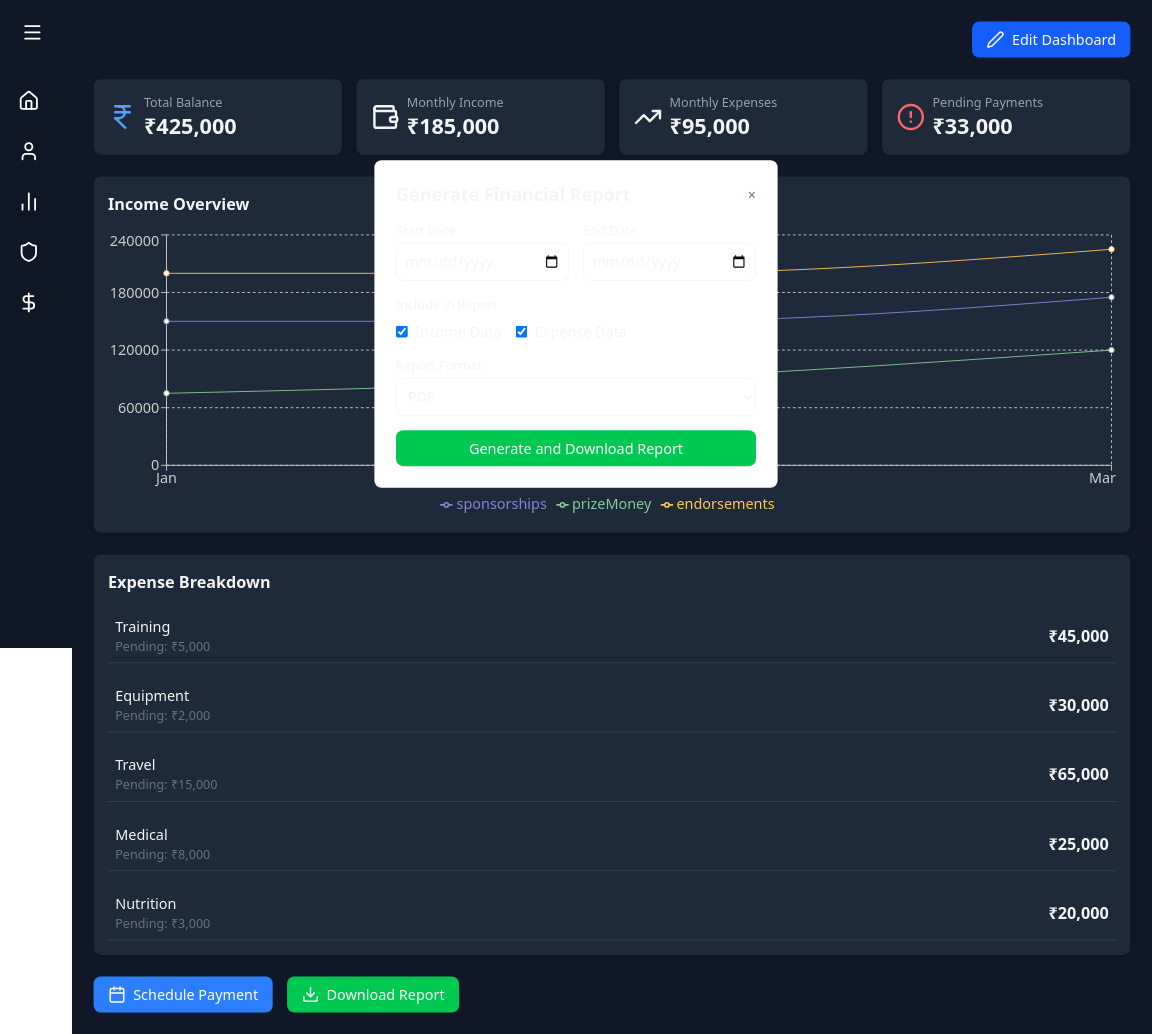
Repository: Shovon0004/Athlete
Page: /financial (app in Athlete/), after clicking the first element matching `div.space-x-4 > :nth-child(2)`
These files come from the project's save history. The page is drawn as it stood at one moment and after the next save; the edit follows.
The browser window is 1280 px wide. The pictures show the whole page, at 90% of full size.
The project was rebuilt for these pictures with package versions that can differ from the ones it lists, and the page was loaded fresh each time. Also part of the build but not shown: Athlete/vite.config.js, Athlete/src/components/AppointmentPage.jsx, Athlete/src/components/News.jsx, Athlete/src/components/SportsPage.jsx, Athlete/src/components/HeroPage.jsx.

Above is the page before, as saved 2025-01-27 21:33:49.

### Athlete/index.html
<!doctype html>
<html lang="en">
  <head>
    <meta charset="UTF-8" />
    <link rel="icon" type="image/svg+xml" href="/12.png" />
    <meta name="viewport" content="width=device-width, initial-scale=1.0" />
    <title>Khiladi.co</title>
  </head>
  <body>
    <div id="root"></div>
    <script type="module" src="/src/main.jsx"></script>
  </body>
</html>

### Athlete/src/App.jsx
import React from 'react';
import { BrowserRouter as Router, Route, Routes } from 'react-router-dom';
import SideNavbar from './components/SideNavbar';
import EditableFinanceDashboard from './components/EditableFinanceDashboard';
import HeroPage from './components/HeroPage';

const App = () => {
  return (
    <Router>
      <div className="flex">
        <SideNavbar />

        <div className="ml-20 flex-grow ">
          <Routes>
            <Route path="/" element={<HeroPage />} />
            <Route path="/financial" element={<EditableFinanceDashboard />} />
            {/* Add other routes as needed */}
          </Routes>
        </div>
      </div>
    </Router>
  );
};

export default App;

### Athlete/src/components/SideNavbar.jsx
import React, { useState } from 'react';
import {
  Home,
  User,
  BarChart2,
  Shield,
  DollarSign,
  Menu
} from 'lucide-react';

const SideNavbar = () => {
  const [isExpanded, setIsExpanded] = useState(false);

  const navItems = [
    { icon: Home, label: 'Dashboard', href: '/' },
    { icon: User, label: 'Athletes', href: '/athletes' },
    { icon: BarChart2, label: 'Performance', href: '/performance' },
    { icon: Shield, label: 'Injuries', href: '/injuries' },
    { icon: DollarSign, label: 'Financial', href: '/financial' }
  ];

  return (
    <div
      className={`h-screen bg-gray-900 text-white transition-all duration-300
        ${isExpanded ? 'w-64' : 'w-20'} fixed left-0 top-0 z-50`}
    >
      <div className="flex flex-col h-full">
        {/* Logo & Toggle */}
        <div className="flex items-center justify-between p-4  border-orange-700">
          {isExpanded && (
            <div className="text-xl font-bold">Khiladi</div>
          )}
          <button
            onClick={() => setIsExpanded(!isExpanded)}
            className="hover:bg-orange-700 p-2 rounded"
          >
            <Menu />
          </button>
        </div>

        {/* Navigation Items */}
        <nav className="flex-grow mt-4">
          <ul className="space-y-2">
            {navItems.map((item, index) => (
              <li key={index}>
                <a
                  href={item.href}
                  className={`flex items-center p-3 hover:bg-orange-700
                    ${isExpanded ? 'justify-start px-6' : 'justify-center'}`}
                >
                  <item.icon className="mr-4" />
                  {isExpanded && <span>{item.label}</span>}
                </a>
              </li>
            ))}
          </ul>
        </nav>
      </div>
    </div>
  );
};

export default SideNavbar;

### Athlete/src/components/EditableFinanceDashboard.jsx
import React, { useState } from "react";
import { motion } from "framer-motion";
import FinanceActions from "./FinanceActions";
import {
  LineChart,
  Line,
  XAxis,
  YAxis,
  CartesianGrid,
  Tooltip,
  Legend,
  ResponsiveContainer,
} from "recharts";
import {
  IndianRupee,
  Wallet,
  TrendingUp,
  AlertCircle,
  Calendar,
  Download,
  Edit2,
  Save,
  Plus,
  Trash2,
  Medal,
} from "lucide-react";

const EditableFinanceDashboard = () => {
  const [isEditing, setIsEditing] = useState(false);
  const [stats, setStats] = useState([
    { id: 1, label: "Total Balance", value: 425000, icon: IndianRupee, color: "blue" },
    { id: 2, label: "Monthly Income", value: 185000, icon: Wallet, color: "green" },
    { id: 3, label: "Monthly Expenses", value: 95000, icon: TrendingUp, color: "orange" },
    { id: 4, label: "Pending Payments", value: 33000, icon: AlertCircle, color: "red" },
  ]);

  const [incomeData, setIncomeData] = useState([
    { month: "Jan", sponsorships: 150000, prizeMoney: 75000, endorsements: 200000 },
    { month: "Feb", sponsorships: 150000, prizeMoney: 90000, endorsements: 200000 },
    { month: "Mar", sponsorships: 175000, prizeMoney: 120000, endorsements: 225000 },
  ]);

  const [expenseCategories, setExpenseCategories] = useState([
    { id: 1, category: "Training", amount: 45000, pending: 5000 },
    { id: 2, category: "Equipment", amount: 30000, pending: 2000 },
    { id: 3, category: "Travel", amount: 65000, pending: 15000 },
    { id: 4, category: "Medical", amount: 25000, pending: 8000 },
    { id: 5, category: "Nutrition", amount: 20000, pending: 3000 },
  ]);

  const [goals, setGoals] = useState([
    { id: 1, goal: "Win National Championship", status: "In Progress" },
    { id: 2, goal: "Improve Sprint Time by 10%", status: "Not Started" },
    { id: 3, goal: "Increase Sponsorship Income", status: "Completed" },
  ]);

  const handleExpenseChange = (id, field, value) => {
    setExpenseCategories((categories) =>
      categories.map((category) =>
        category.id === id ? { ...category, [field]: value } : category
      )
    );
  };

  const addExpenseCategory = () => {
    const newId = Math.max(...expenseCategories.map((c) => c.id)) + 1;
    setExpenseCategories([
      ...expenseCategories,
      { id: newId, category: "New Category", amount: 0, pending: 0 },
    ]);
  };

  const deleteExpenseCategory = (id) => {
    setExpenseCategories((categories) => categories.filter((category) => category.id !== id));
  };

  const handleGoalChange = (id, field, value) => {
    setGoals((prev) =>
      prev.map((goal) => (goal.id === id ? { ...goal, [field]: value } : goal))
    );
  };

  const addGoal = () => {
    const newId = Math.max(...goals.map((g) => g.id)) + 1;
    setGoals([...goals, { id: newId, goal: "New Goal", status: "Not Started" }]);
  };

  const deleteGoal = (id) => {
    setGoals((prev) => prev.filter((goal) => goal.id !== id));
  };

  return (
    <div className="w-full max-w-full max-h-full mx-auto p-6 space-y-6 bg-gray-900 text-gray-100  shadow-md">
      {/* Edit Mode Toggle */}
      <div className="flex justify-end">
        <motion.button
          whileHover={{ scale: 1.05 }}
          whileTap={{ scale: 0.95 }}
          onClick={() => setIsEditing(!isEditing)}
          className="flex items-center space-x-2 px-4 py-2 bg-blue-600 text-white rounded-lg hover:bg-blue-700"
        >
          {isEditing ? <Save className="h-5 w-5" /> : <Edit2 className="h-5 w-5" />}
          <span>{isEditing ? "Save Changes" : "Edit Dashboard"}</span>
        </motion.button>
      </div>

      {/* Top Stats */}
      <div className="grid grid-cols-1 md:grid-cols-4 gap-4">
        {stats.map((stat) => (
          <motion.div
            key={stat.id}
            className="p-4 bg-gray-800 rounded-lg shadow"
            whileHover={{ scale: 1.05 }}
          >
            <div className="flex items-center space-x-2">
              <stat.icon className={`h-8 w-8 text-${stat.color}-400`} />
              <div>
                <p className="text-sm text-gray-400">{stat.label}</p>
                {isEditing ? (
                  <input
                    type="number"
                    value={stat.value}
                    onChange={(e) =>
                      setStats((prev) =>
                        prev.map((item) =>
                          item.id === stat.id ? { ...item, value: Number(e.target.value) } : item
                        )
                      )
                    }
                    className="w-full p-1 border rounded bg-gray-700 text-gray-100"
                  />
                ) : (
                  <p className="text-2xl font-bold">₹{stat.value.toLocaleString()}</p>
                )}
              </div>
            </div>
          </motion.div>
        ))}
      </div>

      {/* Income Chart */}
      <motion.div
        className="p-4 bg-gray-800 rounded-lg shadow"
        initial={{ opacity: 0 }}
        animate={{ opacity: 1 }}
        transition={{ duration: 0.5 }}
      >
        <h2 className="text-lg font-bold mb-4">Income Overview</h2>
        <div className="h-80">
          <ResponsiveContainer width="100%" height="100%">
            <LineChart data={incomeData}>
              <CartesianGrid strokeDasharray="3 3" />
              <XAxis dataKey="month" stroke="#ccc" />
              <YAxis stroke="#ccc" />
              <Tooltip />
              <Legend />
              <Line type="monotone" dataKey="sponsorships" stroke="#8884d8" />
              <Line type="monotone" dataKey="prizeMoney" stroke="#82ca9d" />
              <Line type="monotone" dataKey="endorsements" stroke="#ffc658" />
            </LineChart>
          </ResponsiveContainer>
        </div>
      </motion.div>

      {/* Expense Breakdown */}
      <div className="p-4 bg-gray-800 rounded-lg shadow">
        <h2 className="text-lg font-bold mb-4">Expense Breakdown</h2>
        <div className="space-y-4">
          {expenseCategories.map((expense) => (
            <motion.div
              key={expense.id}
              className="flex items-center justify-between p-2 border-b border-gray-700"
              whileHover={{ scale: 1.02 }}
            >
              <div className="flex-grow">
                {isEditing ? (
                  <input
                    type="text"
                    value={expense.category}
                    onChange={(e) =>
                      handleExpenseChange(expense.id, "category", e.target.value)
                    }
                    className="p-1 border rounded bg-gray-700 text-gray-100"
                  />
                ) : (
                  <p className="font-medium">{expense.category}</p>
                )}
                <p className="text-sm text-gray-500">
                  Pending: ₹{expense.pending.toLocaleString()}
                </p>
              </div>
              <div className="flex items-center space-x-4">
                {isEditing ? (
                  <>
                    <input
                      type="number"
                      value={expense.amount}
                      onChange={(e) =>
                        handleExpenseChange(expense.id, "amount", Number(e.target.value))
                      }
                      className="p-1 border rounded w-32 bg-gray-700 text-gray-100"
                    />
                    <motion.button
                      onClick={() => deleteExpenseCategory(expense.id)}
                      whileHover={{ scale: 1.1 }}
                      className="text-red-400 hover:text-red-600"
                    >
                      <Trash2 className="h-5 w-5" />
                    </motion.button>
                  </>
                ) : (
                  <p className="text-lg font-bold">₹{expense.amount.toLocaleString()}</p>
                )}
              </div>
            </motion.div>
          ))}
        </div>
        {isEditing && (
          <motion.button
            onClick={addExpenseCategory}
            whileHover={{ scale: 1.05 }}
            className="flex items-center space-x-2 px-4 py-2 bg-green-600 text-white rounded-lg hover:bg-green-700 mt-4"
          >
            <Plus className="h-5 w-5" />
            <span>Add Category</span>
          </motion.button>
        )}
      </div>

      {/* Athlete Goals */}
      <FinanceActions
  expenses={expenseCategories}
  incomeData={incomeData}
  expenseCategories={expenseCategories}
/>
    </div>
  );
};

export default EditableFinanceDashboard;

### Athlete/src/components/FinanceActions.jsx
import React, { useState } from 'react';
import { Calendar, Download } from 'lucide-react';

// Payment Modal Component
const PaymentModal = ({ isOpen, onClose, expenses, onSchedule }) => {
  const [payment, setPayment] = useState({
    category: '',
    amount: '',
    date: '',
    description: '',
    recipient: ''
  });

  const handleSubmit = (e) => {
    e.preventDefault();
    onSchedule(payment);
    setPayment({
      category: '',
      amount: '',
      date: '',
      description: '',
      recipient: ''
    });
    onClose();
  };

  if (!isOpen) return null;

  return (
    <div className="fixed inset-0 bg-black bg-opacity-50 flex items-center justify-center z-50">
      <div className="bg-white rounded-lg p-6 w-full max-w-md">
        <div className="flex justify-between items-center mb-4">
          <h2 className="text-xl font-bold">Schedule New Payment</h2>
          <button onClick={onClose} className="text-gray-500 hover:text-gray-700">
            ×
          </button>
        </div>

        <form onSubmit={handleSubmit} className="space-y-4">
          <div>
            <label className="block text-sm font-medium mb-1">Category</label>
            <select
              value={payment.category}
              onChange={(e) => setPayment({...payment, category: e.target.value})}
              className="w-full p-2 border rounded-lg"
              required
            >
              <option value="">Select Category</option>
              {expenses.map((expense) => (
                <option key={expense.id} value={expense.category}>
                  {expense.category}
                </option>
              ))}
            </select>
          </div>

          <div>
            <label className="block text-sm font-medium mb-1">Amount (₹)</label>
            <input
              type="number"
              value={payment.amount}
              onChange={(e) => setPayment({...payment, amount: e.target.value})}
              className="w-full p-2 border rounded-lg"
              required
            />
          </div>

          <div>
            <label className="block text-sm font-medium mb-1">Payment Date</label>
            <input
              type="date"
              value={payment.date}
              onChange={(e) => setPayment({...payment, date: e.target.value})}
              className="w-full p-2 border rounded-lg"
              required
            />
          </div>

          <div>
            <label className="block text-sm font-medium mb-1">Recipient</label>
            <input
              type="text"
              value={payment.recipient}
              onChange={(e) => setPayment({...payment, recipient: e.target.value})}
              className="w-full p-2 border rounded-lg"
              required
            />
          </div>

          <div>
            <label className="block text-sm font-medium mb-1">Description</label>
            <textarea
              value={payment.description}
              onChange={(e) => setPayment({...payment, description: e.target.value})}
              className="w-full p-2 border rounded-lg"
              rows="3"
            />
          </div>

          <button
            type="submit"
            className="w-full px-4 py-2 bg-blue-500 text-white rounded-lg hover:bg-blue-600"
          >
            Schedule Payment
          </button>
        </form>
      </div>
    </div>
  );
};

// Report Modal Component
const ReportModal = ({ isOpen, onClose, incomeData, expenseCategories }) => {
  const [reportConfig, setReportConfig] = useState({
    startDate: '',
    endDate: '',
    includeIncome: true,
    includeExpenses: true,
    format: 'pdf'
  });

  const generateReport = () => {
    const reportData = {
      dateRange: {
        start: reportConfig.startDate,
        end: reportConfig.endDate
      },
      income: reportConfig.includeIncome ? incomeData : [],
      expenses: reportConfig.includeExpenses ? expenseCategories : [],
      timestamp: new Date().toISOString()
    };

    const formattedData = JSON.stringify(reportData, null, 2);

    const blob = new Blob([formattedData], {
      type: reportConfig.format === 'pdf' ? 'application/pdf' : 'application/json'
    });
    const url = URL.createObjectURL(blob);
    const a = document.createElement('a');
    a.href = url;
    a.download = `financial_report_${new Date().toISOString().split('T')[0]}.${reportConfig.format}`;
    document.body.appendChild(a);
    a.click();
    document.body.removeChild(a);
    URL.revokeObjectURL(url);
    onClose();
  };

  if (!isOpen) return null;

  return (
    <div className="fixed inset-0  bg-opacity-50 flex items-center justify-center z-50">
      <div className="bg-white rounded-lg p-6 w-full max-w-md">
        <div className="flex justify-between items-center mb-4">
          <h2 className="text-xl font-bold">Generate Financial Report</h2>
          <button onClick={onClose} className="text-gray-500 hover:text-gray-700">
            ×
          </button>
        </div>

        <div className="space-y-4">
          <div className="grid grid-cols-2 gap-4">
            <div>
              <label className="block text-sm font-medium mb-1">Start Date</label>
              <input
                type="date"
                value={reportConfig.startDate}
                onChange={(e) => setReportConfig({...reportConfig, startDate: e.target.value})}
                className="w-full p-2 border rounded-lg"
              />
            </div>
            <div>
              <label className="block text-sm font-medium mb-1">End Date</label>
              <input
                type="date"
                value={reportConfig.endDate}
                onChange={(e) => setReportConfig({...reportConfig, endDate: e.target.value})}
                className="w-full p-2 border rounded-lg"
              />
            </div>
          </div>

          <div className="space-y-2">
            <label className="block text-sm font-medium">Include in Report</label>
            <div className="flex space-x-4">
              <label className="flex items-center">
                <input
                  type="checkbox"
                  checked={reportConfig.includeIncome}
                  onChange={(e) => setReportConfig({...reportConfig, includeIncome: e.target.checked})}
                  className="mr-2"
                />
                Income Data
              </label>
              <label className="flex items-center">
                <input
                  type="checkbox"
                  checked={reportConfig.includeExpenses}
                  onChange={(e) => setReportConfig({...reportConfig, includeExpenses: e.target.checked})}
                  className="mr-2"
                />
                Expense Data
              </label>
            </div>
          </div>

          <div>
            <label className="block text-sm font-medium mb-1">Report Format</label>
            <select
              value={reportConfig.format}
              onChange={(e) => setReportConfig({...reportConfig, format: e.target.value})}
              className="w-full p-2 border rounded-lg"
            >
              <option value="pdf">PDF</option>
              <option value="json">JSON</option>
            </select>
          </div>

          <button
            onClick={generateReport}
            className="w-full px-4 py-2 bg-green-500 text-white rounded-lg hover:bg-green-600"
          >
            Generate and Download Report
          </button>
        </div>
      </div>
    </div>
  );
};

// Main Component
const FinanceActions = ({ expenses, incomeData, expenseCategories }) => {
  const [isPaymentModalOpen, setIsPaymentModalOpen] = useState(false);
  const [isReportModalOpen, setIsReportModalOpen] = useState(false);

  const handleSchedulePayment = (paymentDetails) => {
    console.log('Scheduling payment:', paymentDetails);
    // Handle payment scheduling logic here
  };

  return (
    <div className="flex space-x-4">
      <button
        onClick={() => setIsPaymentModalOpen(true)}
        className="flex items-center space-x-2 px-4 py-2 bg-blue-500 text-white rounded-lg hover:bg-blue-600"
      >
        <Calendar className="h-5 w-5" />
        <span>Schedule Payment</span>
      </button>

      <button
        onClick={() => setIsReportModalOpen(true)}
        className="flex items-center space-x-2 px-4 py-2 bg-green-500 text-white rounded-lg hover:bg-green-600"
      >
        <Download className="h-5 w-5" />
        <span>Download Report</span>
      </button>

      <PaymentModal
        isOpen={isPaymentModalOpen}
        onClose={() => setIsPaymentModalOpen(false)}
        expenses={expenses}
        onSchedule={handleSchedulePayment}
      />

      <ReportModal
        isOpen={isReportModalOpen}
        onClose={() => setIsReportModalOpen(false)}
        incomeData={incomeData}
        expenseCategories={expenseCategories}
      />
    </div>
  );
};

export default FinanceActions;

Loaded but not shown: Athlete/src/main.jsx (common file); Athlete/src/index.css (common file)

After the next save:
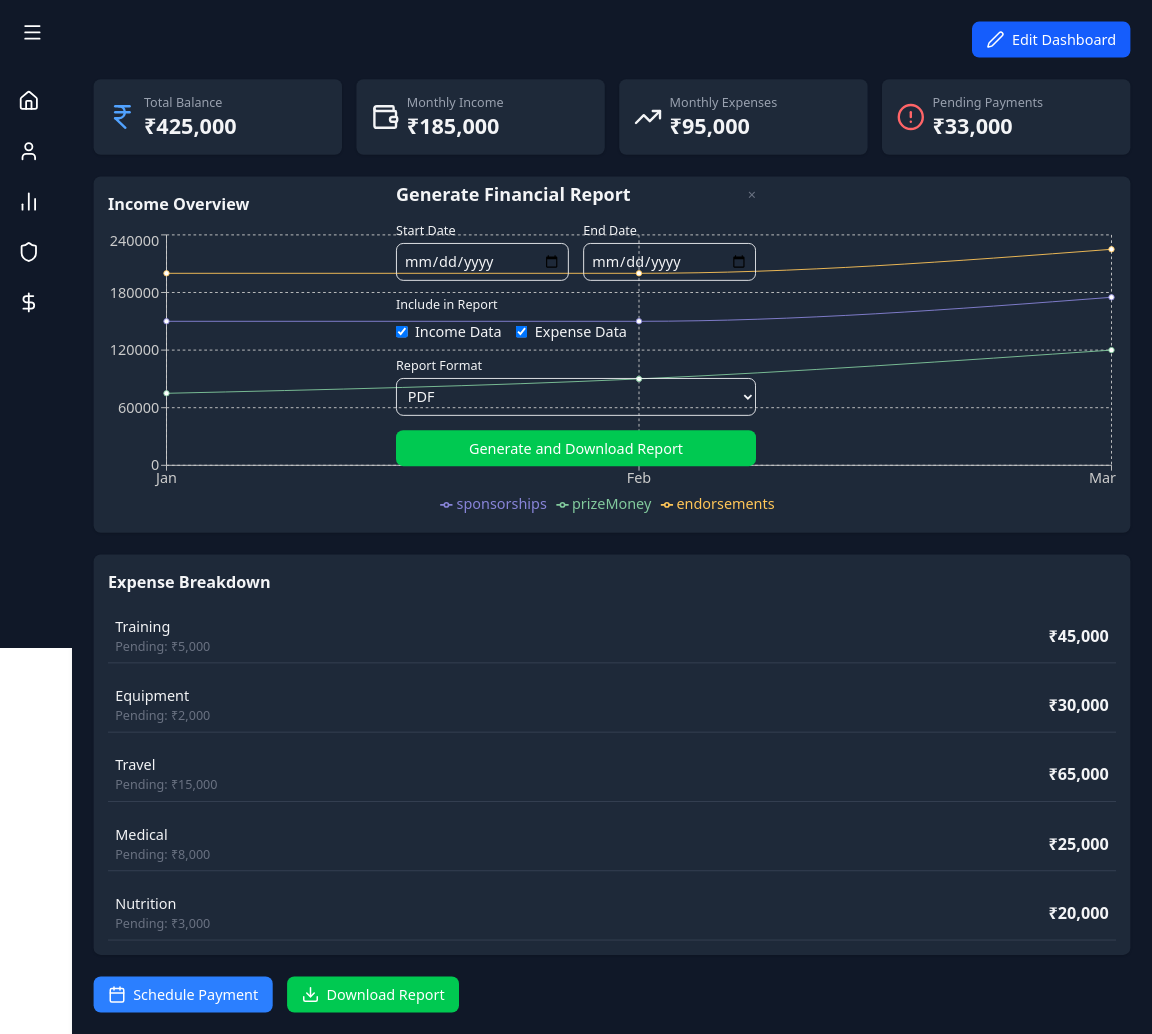
Saved 34 s later.
--- a/Athlete/src/components/FinanceActions.jsx
+++ b/Athlete/src/components/FinanceActions.jsx
@@ -150,7 +150,7 @@
 
   return (
     <div className="fixed inset-0  bg-opacity-50 flex items-center justify-center z-50">
-      <div className="bg-white rounded-lg p-6 w-full max-w-md">
+      <div className="bg-dark rounded-lg p-6 w-full max-w-md">
         <div className="flex justify-between items-center mb-4">
           <h2 className="text-xl font-bold">Generate Financial Report</h2>
           <button onClick={onClose} className="text-gray-500 hover:text-gray-700">
